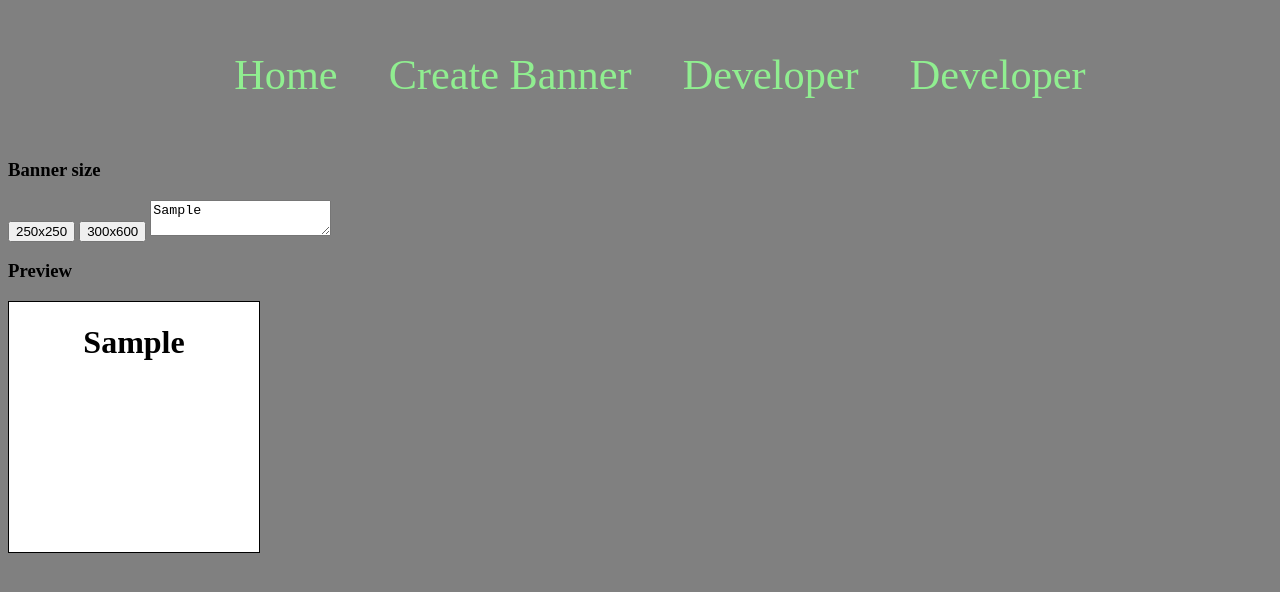
Repository: Yuravolontir/--Baner-Editor--
Page: banner.html
The author's editor kept a copy of each file at every save. The page is drawn from the files as they stood at one save, then again after the next save.
The browser window is 1280 px wide. The pictures show the whole page.
Empty fields were first filled with sample values (such as "Sample", 5 or name@example.com).
After loading, the first visible `#\32 50X250` was clicked once.

Above is the page before, as saved 2025-07-15 18:15:50.

### banner.html
<!DOCTYPE html>
<html lang="en">
<head>
    <meta charset="UTF-8">
    <meta name="viewport" content="width=device-width, initial-scale=1.0">
    <title>Document</title>
    <link rel="stylesheet" href="/styles/styles.css">
    <script type="module" src="/scripts/index.js"></script>

</head>
<body>

<nav>
    <ul>
    <li><a href="/dashboard.html">Home</a></li>
    <li><a href="/banner.html">Create Banner</a></li>
    <li><a href="/thanks-to-developer.html">Developer</a></li>
    <li><a href="/thanks-to-developer.html">Developer</a></li>
    </ul>
</nav>
<div class="controls">
<h3>Banner size</h3>
<button id="250X250">250x250</button>
<button id="300X600">300x600</button>
<textarea id="bannerHeading" placeholder="Enter your heading text here..."></textarea>


</div>
<h3>Preview</h3>
<div id="preview">

</div>
</body>
</html>

### styles/styles.css
body {
    background-color: grey;
}

#form-container{
    width: 300px;
    margin: 0 auto;
    padding: 20px;
    background-color: white;
    border-radius: 10px;
    box-shadow: 0 0 10px rgba(0, 0, 0, 0.1);
    display: flex;
    flex-direction: column;
    align-items: center;
    text-align: center;
}


nav {
  margin-top: auto;
  margin-bottom: auto;
  display: flex;
  justify-content:center;
  align-items: center;
  margin-left: auto; /* Push navigation items to the right end */
}
nav ul {
  list-style: none;
  display: flex;
  justify-content: flex-end;
}

nav ul li {
  padding: 2vw;
}

nav ul li a {
  text-decoration: none;
  color: lightgreen;
  font-size: 3.3vw;
}

nav ul li a:hover {
  color: orange;
}

#preview {

}

### scripts/index.js
import {createBanner, updateBannerHeading} from "./banner.js";




document.getElementById("250X250").addEventListener('click', createBanner);
document.getElementById("300X600").addEventListener('click', createBanner);




document.getElementById("bannerHeading").addEventListener('input', updateBannerHeading);

### scripts/banner.js





export function createBanner(event) {
    event.preventDefault();
    const blank = document.querySelector("#preview");
    blank.innerHTML = "";
    const div = document.createElement("div");
    div.id = "generatedBanner"; // So we can update it later

    if (document.getElementById("3000X600"))
    {
    div.style.width = "300px";
    div.style.height = "600px";
    }
     if  (document.getElementById("250X250"))
    {
     div.style.width = "250px";
     div.style.height = "250px";
    }

    div.style.border = "1px solid black";
    div.style.background = "white";

    const h1 = document.createElement("h1");
    h1.id = "bannerText"; // So we can update it
    h1.style.textAlign = "center";
    h1.textContent = document.getElementById("bannerHeading").value;

    div.appendChild(h1);
    blank.appendChild(div);
}
export function updateBannerHeading() {
    const h1 = document.getElementById("bannerText");
    if (h1) {
        h1.textContent = document.getElementById("bannerHeading").value;
    }
}

After the next save:
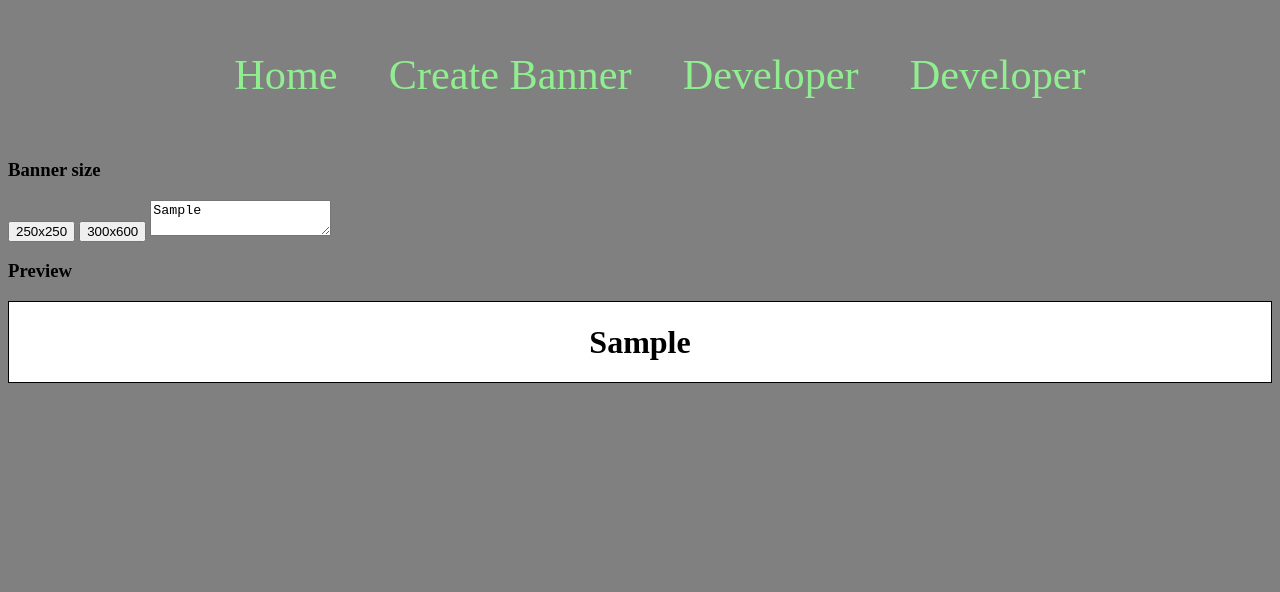
Saved 23 s later.
--- a/scripts/banner.js
+++ b/scripts/banner.js
@@ -10,12 +10,12 @@
     const div = document.createElement("div");
     div.id = "generatedBanner"; // So we can update it later
 
-    if (document.getElementById("3000X600"))
+    if (event ==document.getElementById("3000X600"))
     {
     div.style.width = "300px";
     div.style.height = "600px";
     }
-     if  (document.getElementById("250X250"))
+     if (event == document.getElementById("250X250"))
     {
      div.style.width = "250px";
      div.style.height = "250px";

After the 2 saves that followed:
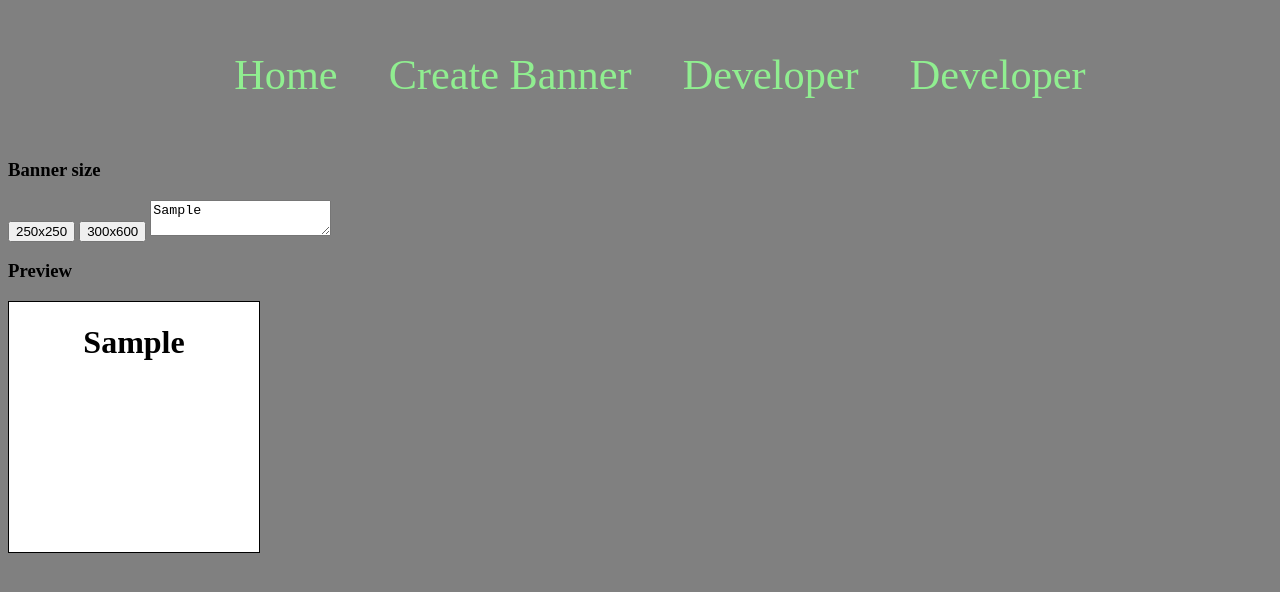
The 2 saves are shown as one change because 1 left the picture as it was.
The last was saved 117 s later.
--- a/scripts/banner.js
+++ b/scripts/banner.js
@@ -10,12 +10,12 @@
     const div = document.createElement("div");
     div.id = "generatedBanner"; // So we can update it later
 
-    if (event ==document.getElementById("3000X600"))
+    if (event.target.id === "300X600")
     {
     div.style.width = "300px";
     div.style.height = "600px";
     }
-     if (event == document.getElementById("250X250"))
+     if (event.target.id === "250X250")
     {
      div.style.width = "250px";
      div.style.height = "250px";
